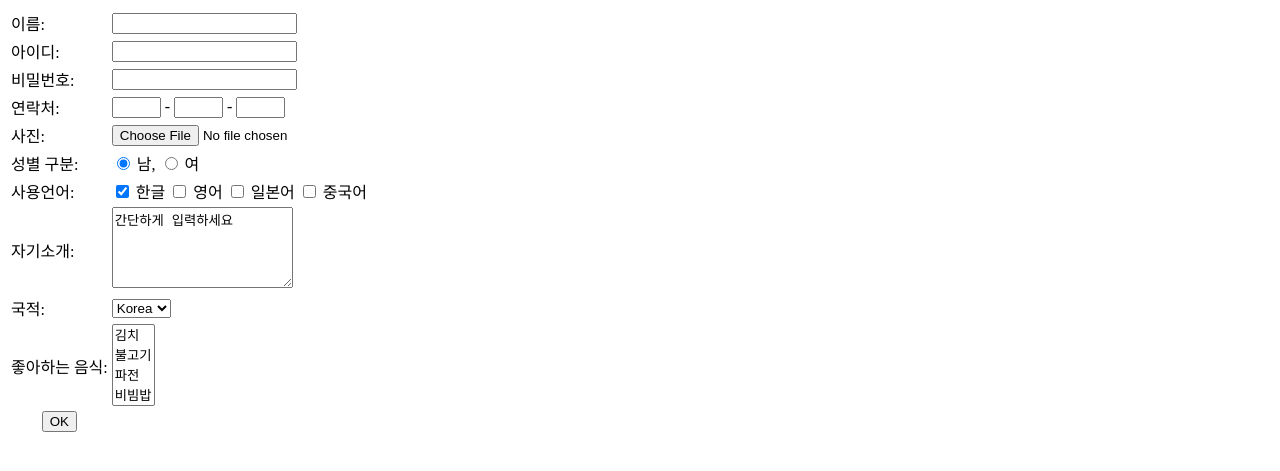
Repository: tjdwlsaos22/TJ_JSP
Page: jsp/HTML/src/main/webapp/Lec06.html
These files come from the project's save history. The page is drawn as it stood at one moment and after the next save; the edit follows.
The browser window is 1280 px wide. The pictures show the whole page.

Above is the page before, as saved 2024-01-17 05:11:09.

### jsp/HTML/src/main/webapp/Lec06.html
<!DOCTYPE html>
<html>
	<head>
		<meta charset="UTF-8">
		<title>Insert title here</title>
	</head>
	<body>
		<form action="#" method="get">
			<table>
				<tr>
					<td>이름:</td>
					<td><input type="text" name="userName"></td>
				</tr>
				<tr>
					<td>아이디:</td>
					<td><input type="text" name="userId"></td>
				</tr>
				<tr>
					<td>비밀번호:</td>
					<td><input type="password" name="userPassword"></td>
				</tr>
				<tr>
					<td>연락처:</td>
					<td>
						<input type="text" name="phone1" size="3"> -
						<input type="text" name="phone2" size="3"> -
						<input type="text" name="phone3" size="3">
					</td>
				</tr>
				<tr>
					<td>사진:</td>
					<td><input type="file" name="picture"></td>
				</tr>
				<tr>
					<td>성별 구분:</td>
					<td>
						<input type="radio" name="gender" value="man" checked="checked"> 남,
						<input type="radio" name="gender" value="woman"> 여
					</td>
				</tr>
				<tr>
					<td>사용언어:</td>
					<td>
						<input type="checkbox" name="lang" value="kor" checked="checked"> 한글
						<input type="checkbox" name="lang" value="eng"> 영어
						<input type="checkbox" name="lang" value="jpn"> 일본어
						<input type="checkbox" name="lang" value="chn"> 중국어
					</td>
				</tr>
				<tr>
					<td>자기소개:</td>
					<td><textarea rows="5" cols="20" name="introduce">간단하게 입력하세요</textarea></td>
				</tr>
				<tr>
					<td>국적:</td>
					<td>
						<select name="nationally">
							<option>Korea</option>
							<option>USA</option>
							<option>Japan</option>
							<option>China</option>
						</select>
					</td>
				</tr>
				<tr>
					<td>좋아하는 음식:</td>
					<td>
						<select multiple="multiple" name="food">
							<option>김치</option>
							<option>불고기</option>
							<option>파전</option>
							<option>비빔밥</option>
						</select>
					</td>
				</tr>
				<tr>
					<td colspan="1" align="center"><input type="submit" name="order" value="OK"></td>
				</tr>
			</table>
		</form>
	</body>
</html>

After the next save:
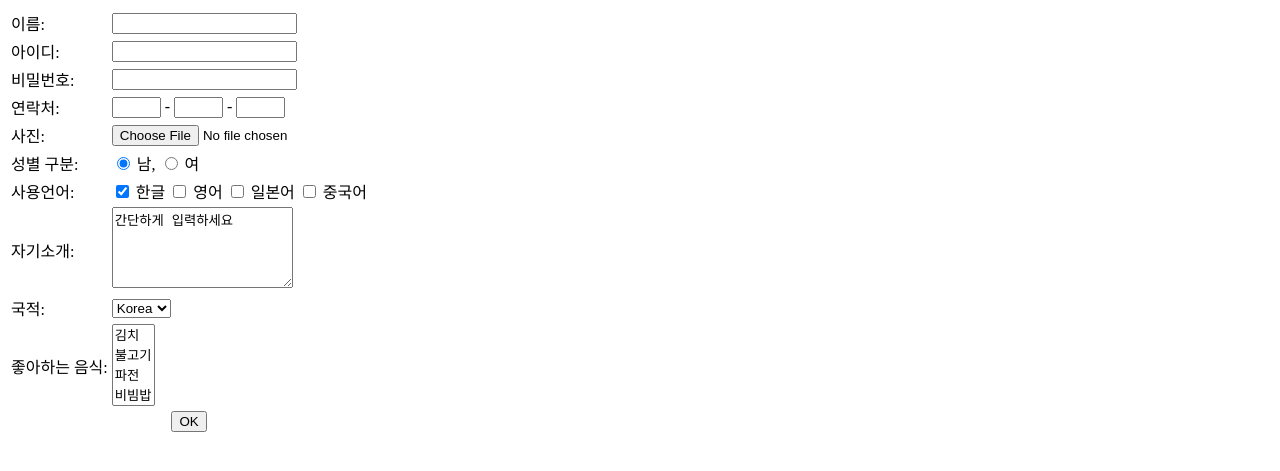
Saved 8 s later.
--- a/jsp/HTML/src/main/webapp/Lec06.html
+++ b/jsp/HTML/src/main/webapp/Lec06.html
@@ -74,7 +74,7 @@
 					</td>
 				</tr>
 				<tr>
-					<td colspan="1" align="center"><input type="submit" name="order" value="OK"></td>
+					<td colspan="3" align="center"><input type="submit" name="order" value="OK"></td>
 				</tr>
 			</table>
 		</form>
